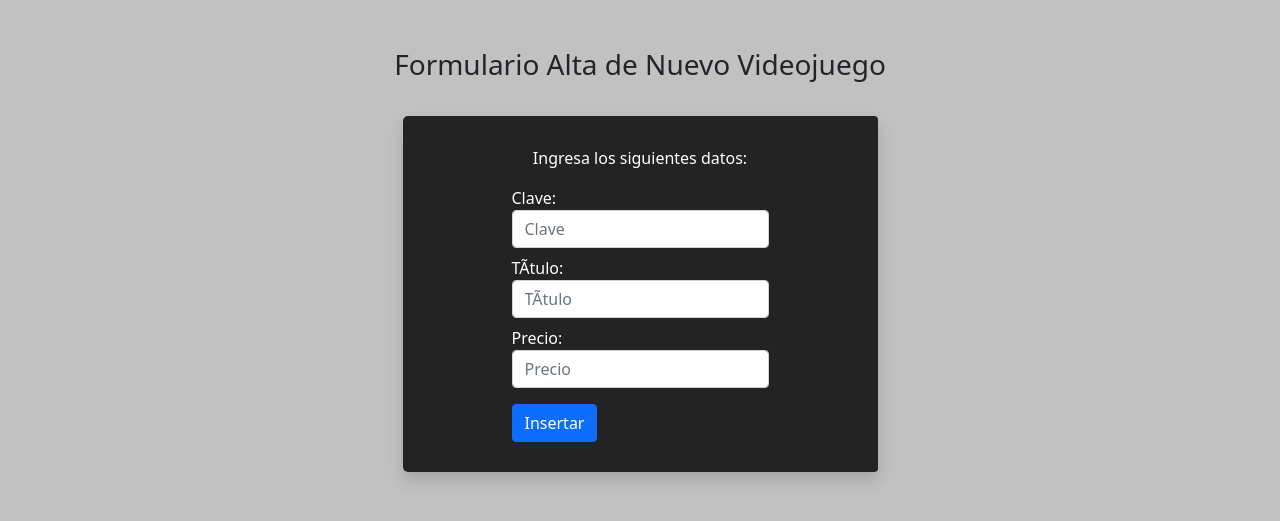
Repository: Jatziri16/JavaEE
Page: http://localhost/TiendaVideojuegos/FormularioInsertarVideojuego.jsp
An editor plug-in stored every save of this project. The page is shown before and after the next save, followed by the edit.
The browser window is 1280 px wide. The pictures show the whole page.
The page is served by Tomcat 9.

Above is the page before, as saved 2023-12-06 03:34:32.

After the next save:
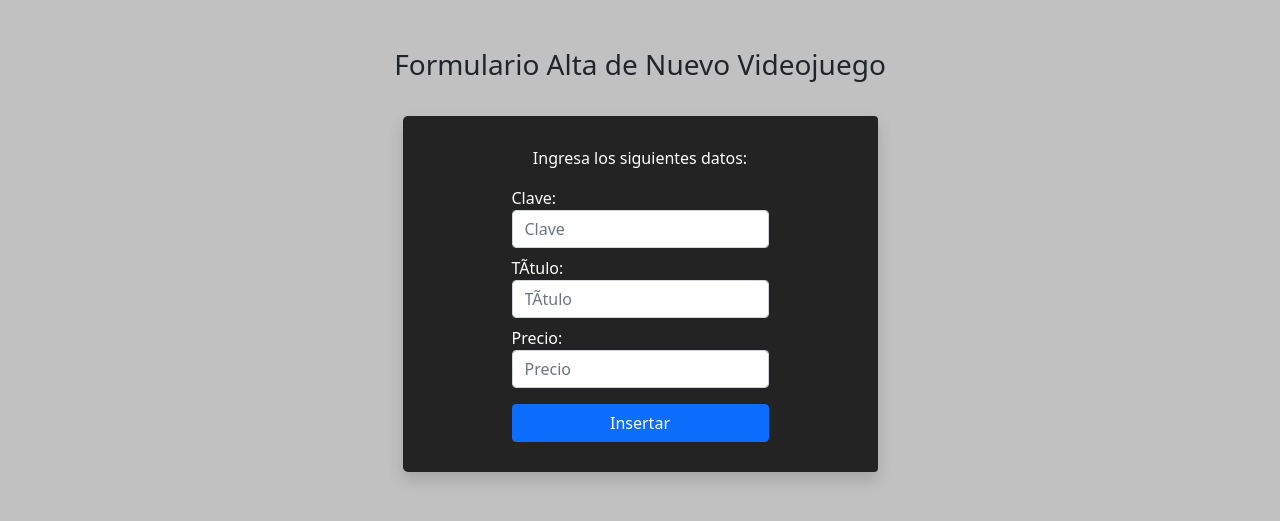
Saved 12 min 2 s later.
--- a/TiendaVideojuegos/src/main/webapp/FormularioInsertarVideojuego.jsp
+++ b/TiendaVideojuegos/src/main/webapp/FormularioInsertarVideojuego.jsp
@@ -39,7 +39,7 @@
 							<label for="precio">Precio:</label>
 							<input class="form-control mb-3" type="text" placeholder="Precio" name="precio" id="precio">
 
-							<button class="btn btn-primary" onclick="validarForms()" type="button">Insertar</button>
+							<button class="btn btn-primary w-100" onclick="validarForms()" type="button">Insertar</button>
 						</form>
 					</div>
 				</div>
